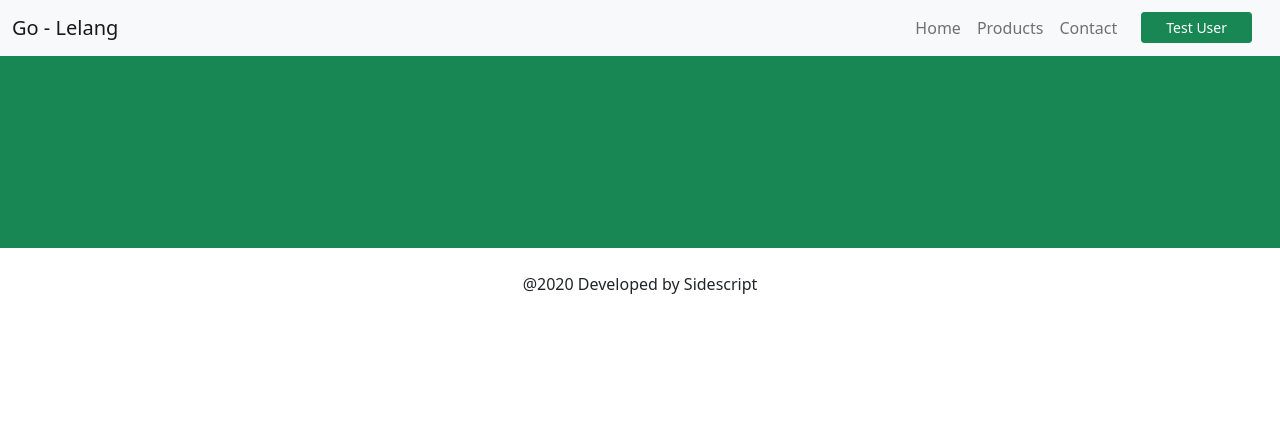
Repository: khulqu15/Go---Lelalng
Page: http://localhost/profile
The author's editor kept a copy of each file at every save. The page is drawn from the files as they stood at one save, then again after the next save.
The browser window is 1280 px wide. The pictures show the whole page.
The page is served by the project's Laravel application, run on PHP 8.4 with Laravel 8. A made-up administrator, Test User (test@example.com), is signed in. Other server files are loaded and not shown.

Above is the page before, as saved 2021-02-22 20:13:31.

### routes/web.php
<?php

use App\Http\Controllers\DashboardController;
use App\Http\Controllers\PageController;
use App\Http\Controllers\UserController;
use Illuminate\Support\Facades\Route;

/*
|--------------------------------------------------------------------------
| Web Routes
|--------------------------------------------------------------------------
|
| Here is where you can register web routes for your application. These
| routes are loaded by the RouteServiceProvider within a group which
| contains the "web" middleware group. Now create something great!
|
*/

Route::get('/', [PageController::class, 'home'])->name('home');
Route::get('products', [PageController::class, 'products'])->name('products');
Route::get('product/{id}', [PageController::class, 'product'])->name('product');
Route::get('contact', [PageController::class, 'contact'])->name('contact');
Route::get('login', [PageController::class, 'login'])->name('login');
Route::get('register', [PageController::class, 'register'])->name('register');
Route::post('contact', [UserController::class, 'contactUs'])->name('contact.us');
Route::post('register', [UserController::class, 'register'])->name('register.post');
Route::post('login', [UserController::class, 'login'])->name('login.post');

Route::get('profile', [PageController::class, 'profile'])->name('profile');

Route::group(['middleware' => ['userDashboard']], function() {
    Route::get('dashboard', [DashboardController::class, 'index'])->name('dashboard');
    Route::get('dashboard/product', [DashboardController::class, 'product'])->name('dashboard.product');
    Route::get('dashboard/user', [DashboardController::class, 'user'])->name('dashboard.user');
    Route::get('dashboard/auction', [DashboardController::class, 'auction'])->name('dashboard.auction');
});

### app/Models/User.php
<?php

namespace App\Models;

use Illuminate\Contracts\Auth\MustVerifyEmail;
use Illuminate\Database\Eloquent\Factories\HasFactory;
use Illuminate\Foundation\Auth\User as Authenticatable;
use Illuminate\Notifications\Notifiable;
use Illuminate\Support\Facades\Hash;

class User extends Authenticatable
{
    use HasFactory, Notifiable;

    /**
     * The attributes that are mass assignable.
     *
     * @var array
     */
    protected $fillable = [
        'name',
        'email',
        'password',
    ];

    /**
     * The attributes that should be hidden for arrays.
     *
     * @var array
     */
    protected $hidden = [
        'password',
        'remember_token',
    ];

    /**
     * The attributes that should be cast to native types.
     *
     * @var array
     */
    protected $casts = [
        'email_verified_at' => 'datetime',
    ];

    public function Like()
    {
        return $this->hasMany(Like::class, 'user_id');
    }

    public function Auction()
    {
        return $this->hasMany(Auction::class, 'user_id');
    }

    public function isAdmin()
    {
        if($this->level == 'client') {
            return false;
        } else {
            return true;
        }
    }

    public function setPasswordAttribute($value)
    {
        $this->attributes['password'] = Hash::make($value);
    }
}

### app/Http/Controllers/PageController.php
<?php

namespace App\Http\Controllers;

use App\Models\Category;
use App\Models\Product;
use Illuminate\Http\Request;
use Illuminate\Support\Facades\Auth;

class PageController extends Controller
{
    public function home(Request $request)
    {
        $categories = Category::orderBy('id', 'DESC')->paginate(4);
        $query = Product::query();
        if($request->get('name')) {
            $products = $query->where('name', 'LIKE', '%'.$request->get('name').'%');
        }
        if($request->get('category')) {
            $products = $query->where('category_id', $request->get('category'));
        }
        $products = $query->with('Category')->orderBy('id', 'DESC')->paginate(3);
        return view('welcome', compact('products', 'categories'));
    }

    public function products(Request $request)
    {
        $categories = Category::orderBy('id', 'DESC')->paginate(4);
        $query = Product::query();
        if($request->get('name')) {
            $products = $query->where('name', 'LIKE', '%'.$request->get('name').'%');
        }
        if($request->get('category')) {
            $products = $query->where('category_id', $request->get('category'));
        }
        $products = $query->paginate(3);
        return view('page.products', compact('products', 'categories'));
    }

    public function product($id)
    {
        $product = Product::find($id);
        return view('page.product', compact('product'));
    }

    public function contact()
    {
        return view('page.contact');
    }

    public function login()
    {
        return view('auth.login');
    }

    public function register()
    {
        return view('auth.register');
    }

    public function profile()
    {
        if(Auth::check()) {
            return view('page.profile');
        }
        return redirect()->route('login')->with('error', 'Anda belum login');
    }
}

### resources/views/page/profile.blade.php
@extends('layout.app')

@section('title', Auth::user()->name)

@section('content')
<div class="container-fluid bg-success py-5">
    <div class="row py-5">
        <div class="col-md-12">

        </div>
    </div>
</div>
@endsection

### resources/views/layout/app.blade.php
<!DOCTYPE html>
<html lang="en">
<head>
    <meta charset="UTF-8">
    <meta name="viewport" content="width=device-width, initial-scale=1.0">
    <meta http-equiv="X-UA-Compatible" content="ie=edge">
    <title>GO - Lelang | @yield('title')</title>

    <script src="{{ mix('css/app.css') }}"></script>
    <link rel="stylesheet" href="{{ asset('css/bootstrap.min.css') }}">
    <link rel="stylesheet" href="{{ asset('css/all.min.css') }}">
    <link rel="stylesheet" href="{{ asset('css/fontawesome.min.css') }}">
    <link rel="stylesheet" href="{{ asset('css/style.css') }}">

    <script src="{{ mix('js/app.js') }}"></script>
    <script src="{{ asset('js/jquery-3.5.1.min.js') }}"></script>
    <script src="{{ asset('js/bootstrap.min.js') }}"></script>
    <script src="{{ asset('js/all.min.js') }}"></script>
    <script src="{{ asset('js/fontawesome.min.js') }}"></script>

</head>
<body>

    @if(\Session::has('success'))
    <div role="alert" class="alert alert-success alert-dismissible show position-fixed alert-respond fade">
        <ul class="mb-0 pb-0">
            <li>{{ \Session::get('success') }}</li>
        </ul>
        <button type="button" class="btn-close" data-bs-dismiss="alert" aria-label="Close"></button>
    </div>
    @endif
    @if(\Session::has('error'))
    <div role="alert" class="alert alert-danger alert-dismissible show position-fixed alert-respond fade">
        <ul class="mb-0 pb-0">
            <li>{{ \Session::get('error') }}</li>
        </ul>
        <button type="button" class="btn-close" data-bs-dismiss="alert" aria-label="Close"></button>
    </div>
    @endif

    <nav class="navbar navbar-expand-lg navbar-light bg-light">
        <div class="container-fluid">
            <a class="navbar-brand" href="{{ route('home') }}">Go - Lelang</a>
            <button class="navbar-toggler" type="button" data-bs-toggle="collapse" data-bs-target="#navbarSupportedContent" aria-controls="navbarSupportedContent" aria-expanded="false" aria-label="Toggle navigation">
                <span class="navbar-toggler-icon"></span>
            </button>
            <div class="collapse navbar-collapse" id="navbarSupportedContent">
                <ul class="navbar-nav ms-auto mb-2 mb-lg-0">
                    <li class="nav-item">
                        <a class="nav-link {{ Request::is('home') ? 'active' : '' }}" aria-current="page" href="{{ route('home') }}">Home</a>
                    </li>
                    <li class="nav-item">
                        <a class="nav-link {{ Request::is('products') ? 'active' : '' }}"" href="{{ route('products') }}">Products</a>
                    </li>
                    <li class="nav-item">
                        <a class="nav-link {{ Request::is('contact') ? 'active' : '' }}"" href="{{ route('contact') }}">Contact</a>
                    </li>
                    <li class="nav-item pt-1 px-3">
                        @if (Auth::check())
                            <button onclick="window.location = '{{ route('profile') }}'" class="btn btn-success btn-sm px-4">{{ Auth::user()->name }}</button>
                        @else
                            <button class="btn btn-success btn-sm px-4" onclick="window.location = '{{ route('login') }}'">Login</button>
                            <button class="btn btn-light btn-sm px-2" onclick="window.location = '{{ route('register') }}'">Register</button>
                        @endif
                    </li>
                </ul>
            </div>
        </div>
    </nav>

    @yield('content')

    <footer class="container-fluid py-4">
        <div class="row">
            <div class="col-md-12 text-center">
                <p class="mb-0">@2020 Developed by Sidescript</p>
            </div>
        </div>
    </footer>
</body>
</html>

### public/css/style.css
body {
    overflow-x: hidden !important;
}
.viga {
    font-family: 'Viga', sans-serif;
}
.bgm-primary {
    background-color: #E62A2A !important;
}
.bgm-primary-light {
    background-color: #FFCECE !important;
}
.btnm-primary {
    border: none;
    border-radius: 0px !important;
    transition: all .3s ease-in-out;
    background-color: #E62A2A !important;
    padding: 1rem 2rem;
    color: white;
}
.shadow-smooth {
    box-shadow: 10px 20px 49px -8px rgba(0, 0, 0, 0.08) !important;
}
.page-item.active .page-link {
    background-color: #198754 !important;
    border-color: #198754 !important;
    color: white !important;
}
.page-link {
    color: #198754 !important;
}
.text-right {
    text-align: right !important;
}
.text-left {
    text-align: left !important;
}
.text-sm {
    font-size: .8rem;
}
.text-center {
    text-align: center !important;
}
.cursor-point {
    cursor: pointer;
}
.btnm-primary:hover {
    color: white !important;
    background-color: #c01c1c !important;
}
.btnm-light {
    border: none;
    border-radius: 0px !important;
    transition: all .3s ease-in-out;
    background-color: #f2f2f2 !important;
    padding: 1rem 2rem;
    color: #292929;
}
.btnm-light:hover {
    color: #292929 !important;
    background-color: #c2c2c2 !important;
}
.textm-primary {
    color: #E62A2A !important;
}
.textm-gray {
    color: gray !important;
}

.input-search-home {
    width: 80%;
    position: absolute;
    left: 10%;
    height: 60px;
    box-shadow: 0px 20px 40px -6px rgba(0, 0, 0, 0.12);
    top: -50px;
    background-color: white;
}
.input-search-home input {
    height: 60px;
}
.input-search-home button,
.input-search-home a {
    position: relative;
    top: -10px;
}
.maxm-height {
    min-height: 70vh;
    max-height: 70vh !important;
    overflow-y: auto !important;
    overflow-x: hidden !important;
}


.card-product {
    width: 100%;
    transition: all .3s ease-in-out;
    height: 370px;
    background-color: white;
}
.card-product:hover {
    box-shadow: 12px 24px 48px rgba(0, 0, 0, 0.09);
}
.card-product .image {
    width: 100%;
    height: 170px;
    background-color: #f36c6c;
    overflow: hidden;
}
.card-product .image img {
    transition: all .3s ease-in-out;
}
.card-product .image:hover img {
    transform: scale(1.1);
    opacity: .6;
}
.card-product .like {
    width: 50px;
    height: 50px;
    border-radius: 50px;
    background-color: #fccece;
    color: #E62A2A;
    position: absolute;
    line-height: 53px;
    text-align: center;
    z-index: 10;
    top: 140px;
    right: 20px;
    transition: all .3s ease-in-out;
}
.card-product .like:hover {
    cursor: pointer;
    background-color: #c01c1c;
    color: #FFCECE;
}
.card-product .liked {
    width: 50px;
    height: 50px;
    border-radius: 50px;
    background-color: #E62A2A;
    color: #fccece;
    position: absolute;
    line-height: 53px;
    text-align: center;
    z-index: 10;
    top: 140px;
    right: 20px;
    transition: all .3s ease-in-out;
}
.card-product .like:hover {
    cursor: pointer;
    color: #c01c1c;
    background-color: #FFCECE;
}
.image-fit-card {
    width: 100%;
    height: 100%;
    object-fit: cover !important;
}
.card-product .line-category {
    display: inline-block;
    width: 20px;
    height: 3px;
    background-color: gray;
}

.bg-hammer-bottom {
    background: url('../img/wallpaper/hammer.png');
    background-attachment: fixed;
    background-position: center;
    background-size: cover;
}

.input-email-footer {
    position: relative;
    width: 100%;
    height: 70px;
    box-shadow: 0px 19px 38px rgba(0, 0, 0, 0.12);
    background-color: white;
}
.input-email-footer input {
    height: 70px;
    width: 100%;
}
.input-email-footer button {
    position: relative;
    top: -8px
}

.menu-footer {
    color: rgba(255, 255, 255, .5);
}
.menu-footer.active,
.menu-footer:hover {
    color: rgba(255, 255, 255, 1);
    cursor: pointer;
    transition: all .4s ease-in-out;
}
.menu-footer .icon {
    position: absolute;
    right: -50px;
    opacity: 0;
    transition: all .2s ease-in-out;
    visibility: hidden;
}
.menu-footer.active .icon,
.menu-footer:hover .icon {
    position: relative;
    opacity: 1;
    right: 0;
    visibility: visible;
}
.menu-footer .menu-title {
    transition: all .2s ease-in-out;
    position: relative;
    font-size: 3rem;
    right: -10px;
}
.menu-footer.active .menu-title,
.menu-footer:hover .menu-title {
    position: relative;
    right: 0px;
}

.icons-footer svg {
    transition: all .2s ease-in-out;
    color: #c2c2c2;
    margin: 0px .8rem;
    font-size: 1.4rem;
}

.icons-footer svg:hover {
    cursor: pointer;
    color: #767676;
}

.navbar {
    transition: all .3s ease-in-out;
    z-index: 100;
}
.burger {
    position: relative;
    top: -5px;
    margin: 10px 0px 0px 0px;
}
.burger div {
    width: 30px;
    height: 2px;
    margin: 7px 0px;
    position: relative;
    background-color: #767676;
    transition: all .3s ease-in-out;
}
.burger.times div:nth-child(1) {
    transform: rotate(45deg);
    top: 5px;
}
.burger.times div:nth-child(2) {
    transform: rotate(-45deg);
    top: -5px;
}

.navbar-fixed {
    position: fixed;
    width: 100%;
    z-index: 50;
    overflow-x: hidden !important;
    overflow-y: auto !important;
    height: 100%;
    top: 0;
    opacity: 1;
    transform: skew(0deg);
    background-color: white;
    visibility: visible;
    right: 0;
    transition: all .5s ease-in;
}
.avatar-sm {
    width: 40px;
    height: 40px;
    border-radius: 40px;
    overflow: hidden;
    display: inline-block;
}
.avatar-md {
    width: 50px;
    height: 50px;
    border-radius: 50px;
    overflow: hidden;
    display: inline-block;
}
.avatar-sm-navbar {
    width: 40px;
    height: 40px;
    border-radius: 40px;
    display: inline-block;
    right: 120px;
    position: absolute;
    z-index: 10;
    overflow: hidden;
    transition: all .3s ease-in-out;
    top: 24px;
    box-sizing: content-box;
}
.avatar-sm-navbar:hover {
    cursor: pointer;
    border: 4px solid gainsboro;
    top: 20px;
    right: 112px;
}
.navbar-fixed.hide {
    transform: skew(10deg) !important;
    opacity: 0 !important;
    right: -100% !important;
    visibility: hidden !important;
}
.menu-navbar {
    color: rgba(44, 44, 44, 0.5);
}
.menu-navbar.active,
.menu-navbar:hover {
    color: rgba(44, 44, 44, 1) !important;
    cursor: pointer;
    transition: all .4s ease-in-out;
}
.menu-navbar .icon {
    position: absolute;
    right: -50px;
    opacity: 0;
    transition: all .2s ease-in-out;
    visibility: hidden;
}
.menu-navbar.active .icon,
.menu-navbar:hover .icon {
    position: relative;
    opacity: 1;
    right: 0;
    visibility: visible;
}
.menu-navbar .menu-title {
    transition: all .2s ease-in-out;
    position: relative;
    font-size: 3rem;
    right: -10px;
}
.menu-navbar.active .menu-title,
.menu-navbar:hover .menu-title {
    position: relative !important;
    right: 0px !important;
}
a {
    text-decoration: none !important;
}
.full-page,
.bg-product {
    width: 100%;
    min-height: 100vh;
    overflow: hidden;
    position: relative;
    background-color: #292929;
}
.full-page {
    background-color: #f36c6c !important;
}
.bg-product img {
    opacity: .8;
}

.avatar-profile {
    width: 80px;
    margin: 0px auto;
    height: 80px;
    display: inline-block;
    border-radius: 80px;
    overflow: hidden !important;
    background-color: #E62A2A;
}
.ellipsis-menu-right {
    top: 0;
    right: 0;
    margin: .7rem;
    font-size: 1.2rem;
}

.card-profile-navbar {
    background-color: white;
    width: 300px;
    position: relative;
    z-index: 100;
}
.card-auction {
    box-shadow: 0px 5px 15px rgba(0, 0, 0, 0.12);
    transition: all .3s ease-in-out;
}
.card-auction:hover {
    box-shadow: 0px 10px 30px rgba(0, 0, 0, 0.1);
}
.alert-respond {
    width: 50%;
    top: 20%;
    z-index: 100;
    left: 25%;
}
@media only screen and (max-width: 760px) {
    .alert-respond {
        z-index: 100;
        top: 20%;
        width: 80%;
        left: 10%;
    }
}

.btn-fab {
    position: fixed;
    right: 25px;
    bottom: 25px;
    z-index: 100;
}

.menu-ellipsis {
    width: 260px;
    overflow: hidden;
    right: 0;
    background-color: white;
    transition: all .3s ease-in-out;
    box-shadow: 0px 10px 20px rgba(0, 0, 0, 0.08);
}
.menu-ellipsis.hide {
    opacity: 0 !important;
    visibility: hidden !important;
    right: -20px !important;
}
.menu-ellipsis .item {
    padding: .7rem 1.4rem;
    transition: all .3s ease-in-out;
    text-align: right !important;
    cursor: pointer;
}
.menu-ellipsis .item:hover {
    background-color: gainsboro;
}

Loaded but not shown: app/Providers/AppServiceProvider.php (common file); app/Http/Controllers/Controller.php (common file); public/mix-manifest.json (common file); public/css/bootstrap.min.css (library); public/css/all.min.css (library); public/css/fontawesome.min.css (library); public/js/app.js (library); public/js/jquery-3.5.1.min.js (library); public/js/bootstrap.min.js (library); public/js/fontawesome.min.js (library); public/css/app.css (empty)

After the next save:
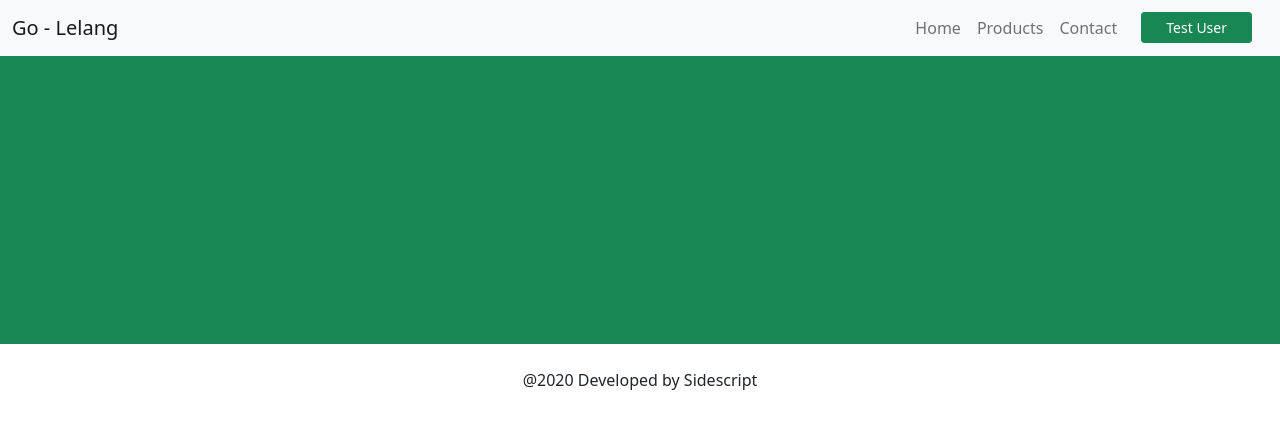
Saved 31 s later.
--- a/resources/views/page/profile.blade.php
+++ b/resources/views/page/profile.blade.php
@@ -4,9 +4,11 @@
 
 @section('content')
 <div class="container-fluid bg-success py-5">
-    <div class="row py-5">
-        <div class="col-md-12">
+    <div class="container py-5">
+        <div class="row py-5">
+            <div class="col-md-12">
 
+            </div>
         </div>
     </div>
 </div>
